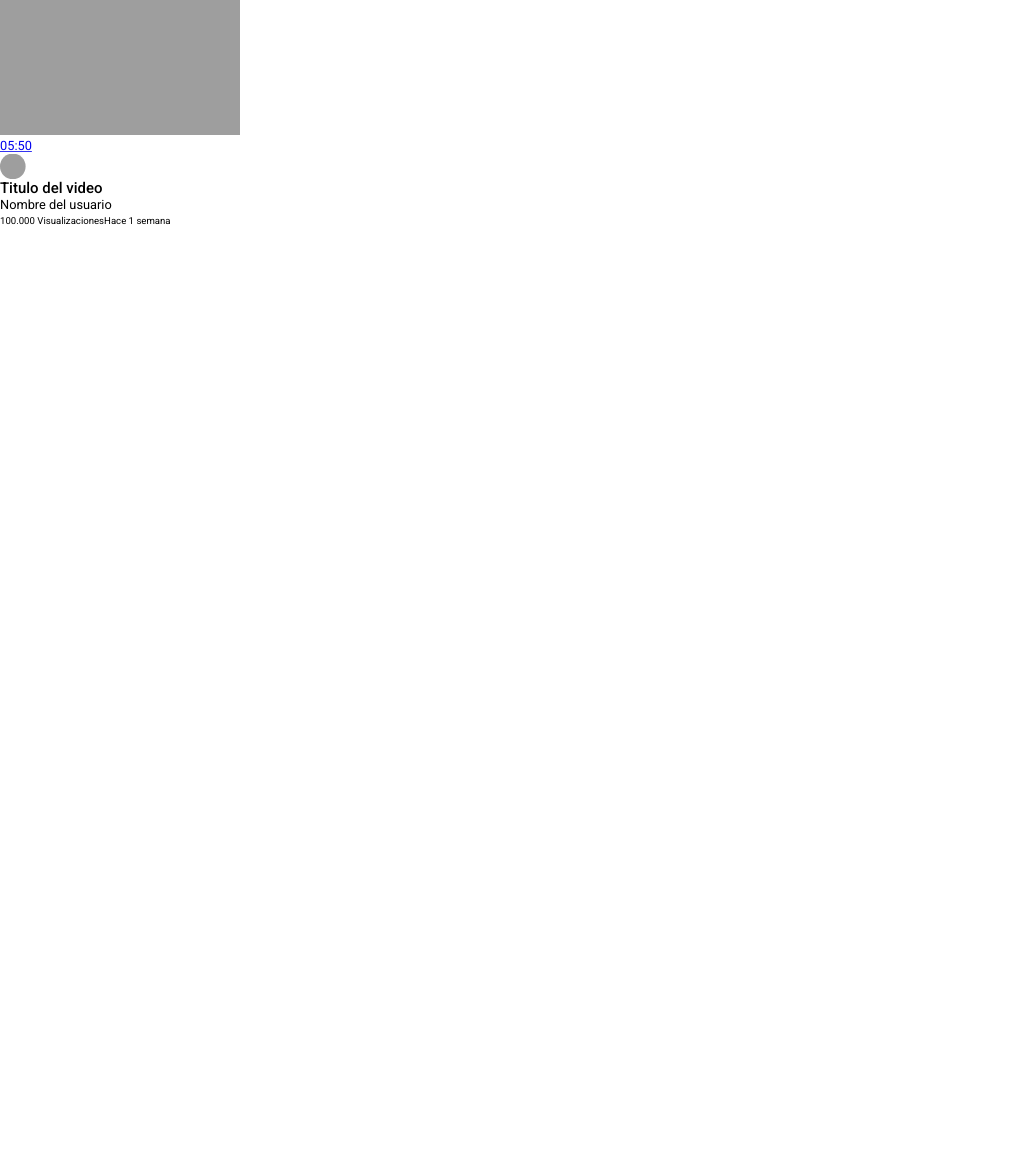
Repository: RobertAries28/ClonYoutube
Page: index.html
The author's editor kept a copy of each file at every save. The page is drawn from the files as they stood at one save, then again after the next save.
The browser window is 1280 px wide. The pictures show the whole page, at 80% of full size.
Pictures or frames that could not be fetched are drawn as grey boxes. Some web libraries are served in a nearby version.

Above is the page before, as saved 2021-09-15 22:29:48.

After the next save:
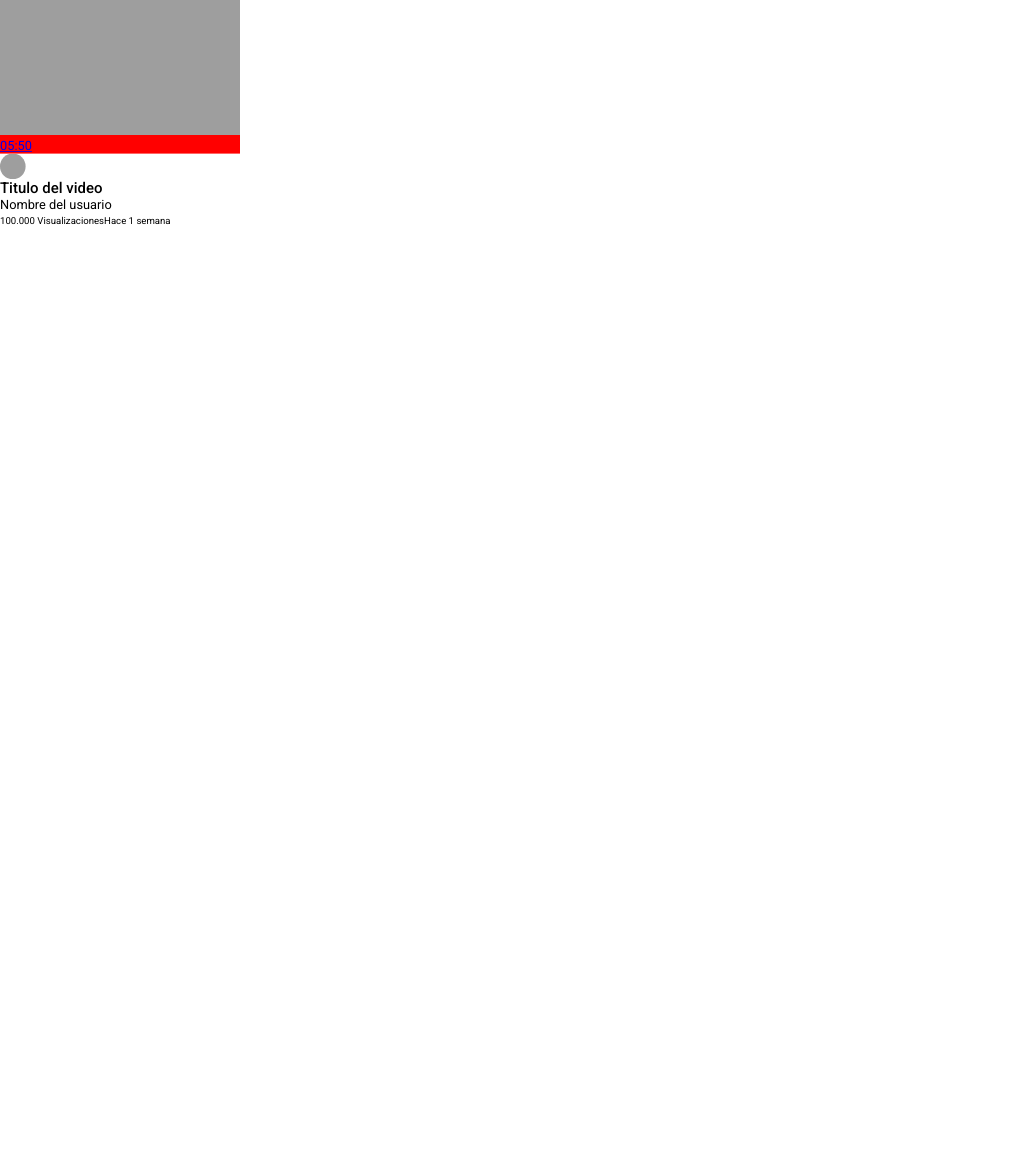
Saved 2 min 39 s later.
--- a/style.css
+++ b/style.css
@@ -372,9 +372,11 @@
  .card-video .cover {
      display: block;
      aspect-ratio: 16 / 9;
+     background-color: red;
  }
  .card-video .image{
      height: 100%;
+     object-fit: cover;
  }
 
 .main-header, .main-sidebar{
